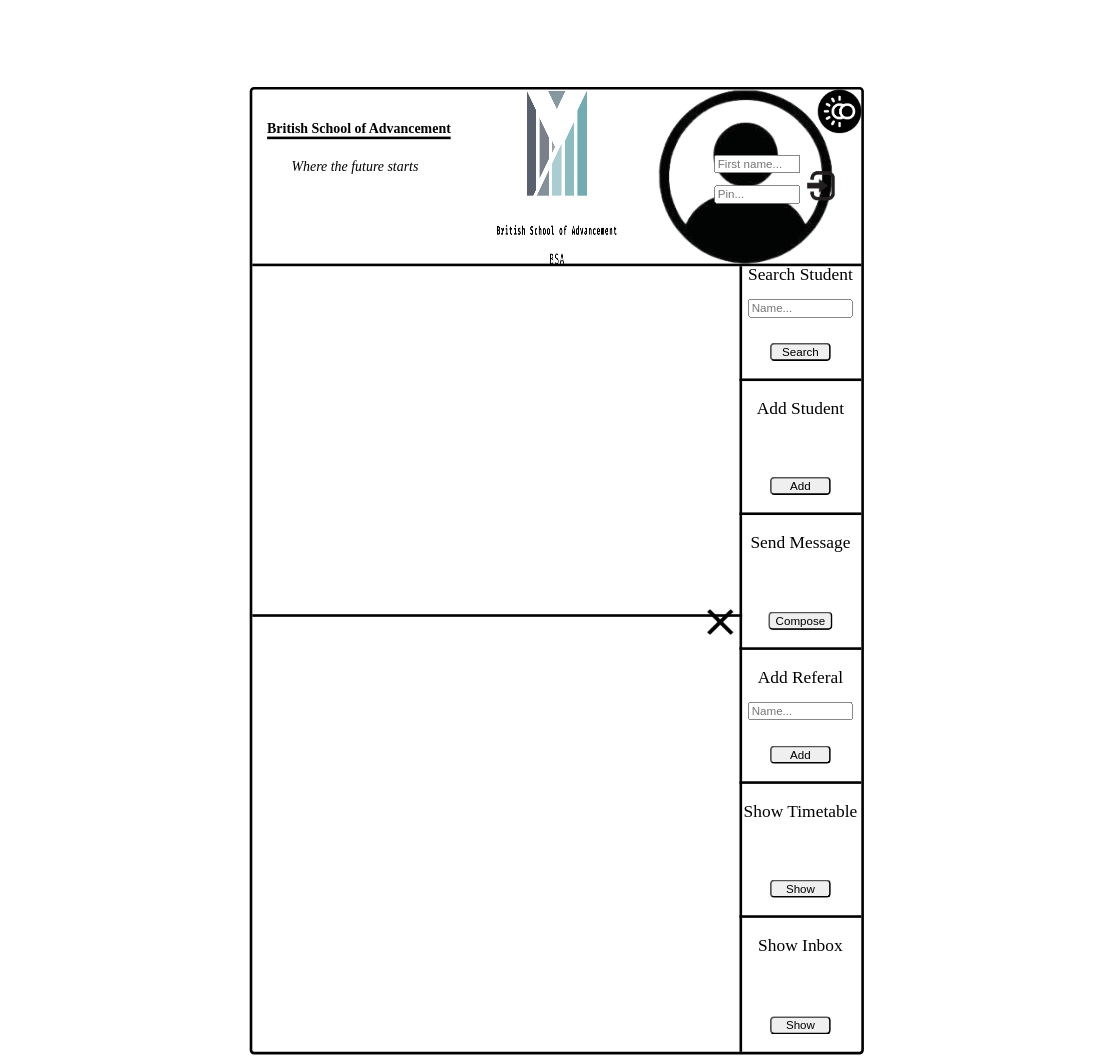
Repository: ghend99/Guardian-Application
Page: index.html
An editor plug-in stored every save of this project. The page is shown before and after the next save, followed by the edit.
The browser window is 1280 px wide. The pictures show the whole page, at 87% of full size.

Above is the page before, as saved 2023-06-05 21:03:52.

### index.html
<!DOCTYPE html>
<html lang="en">
  <head>
    <meta charset="UTF-8" />
    <meta http-equiv="X-UA-Compatible" content="IE=edge" />
    <meta name="viewport" content="width=device-width, initial-scale=1.0" />
    <title>Document</title>
    <link rel="stylesheet" href="style.css" />
  </head>
  <body>
    <div id="main-container">
      <div id="header-container">
        <div id="header-container-left-section">
          <p id="header-school-name" class="page-headers">
            British School of Advancement
          </p>
          <p id="header-school-slogan" class="page-headers">
            Where the future starts
          </p>
        </div>
        <div id="header-container-middle-section">
          <img class="header-middle-section-logo" src="./images/logo.png" />
        </div>
        <div id="header-container-right-section">
          <input
            id="header-login-input-fullname"
            class="login-input-fullname login-input input"
            type="text"
            placeholder="First name..."
          />
          <input
            id="header-login-input-pin"
            class="login-input-pin login-input input"
            placeholder="Pin..."
            type="password"
          />
          <img
            id="header-login-button"
            class="login-button"
            src="./images/login-button.png"
          />
          <img class="header-dark-mode-toggle" src="./images/dark-mode.png" />
          <img class="login-modal-open" src="./images/login.png" />
        </div>
      </div>
      <div id="sidebar-container">
        <div id="sidebar-link-container1" class="sidebar-link-container">
          <p class="sidebar-link-header page-headers">Search Student</p>
          <input class="sidebar-input input" placeholder="Name..." />
          <button class="sidebar-search-button submit-button">Search</button>
        </div>
        <div id="sidebar-link-container2" class="sidebar-link-container">
          <p class="sidebar-link-header page-headers">Add Student</p>
          <button id="add-student" class="sidebar-search-button submit-button">
            Add
          </button>
        </div>
        <div id="sidebar-link-container3" class="sidebar-link-container">
          <p class="sidebar-link-header page-headers">Send Message</p>
          <button
            id="compose-message-open"
            class="sidebar-search-button submit-button"
          >
            Compose
          </button>
        </div>
        <div id="sidebar-link-container4" class="sidebar-link-container">
          <p class="sidebar-link-header page-headers">Add Referal</p>
          <input
            id="add-referal-fullname"
            class="sidebar-input input"
            placeholder="Name..."
          />
          <button id="add-referal" class="sidebar-search-button submit-button">
            Add
          </button>
        </div>
        <div id="sidebar-link-container5" class="sidebar-link-container">
          <p class="sidebar-link-header page-headers">Show Timetable</p>
          <button
            id="timetable-open"
            class="sidebar-search-button submit-button"
          >
            Show
          </button>
        </div>
        <div id="sidebar-link-container6" class="sidebar-link-container">
          <p class="sidebar-link-header page-headers">Show Inbox</p>
          <button id="inbox-open" class="sidebar-search-button submit-button">
            Show
          </button>
        </div>
      </div>
      <img class="sidebar-open" src="./images/menu.png" />

      <div id="student-information-container">
        <h1
          id="student-information-name-header"
          class="student-information page-headers"
        >
          Student Name:
        </h1>
        <h3 class="student-information student-information-general-header">
          General Information
        </h3>
        <p id="student-information-first-name" class="student-information">
          First Name:
        </p>
        <p id="student-information-last-name" class="student-information">
          Last Name:
        </p>
        <p id="student-information-year" class="student-information">
          Year Group:
        </p>
        <p id="student-information-referals" class="student-information">
          Referals:
        </p>
        <p id="password-reset" class="student-information">Reset Password</p>
      </div>

      <div id="student-management-container">
        <p class="student-management-heading"></p>
        <img id="student-management-close" src="./images/close.png" />
        <div id="timetable-container"></div>
        <div id="inbox-container">
          <div id="inbox-header">
            <p>Date</p>
            <p>Sender</p>
            <p>Reciever</p>
            <p>Subject</p>
            <p>Message</p>
          </div>
          <div id="inbox-line">
            <p></p>
            <p></p>
            <p></p>
            <p></p>
            <p></p>
          </div>
        </div>
      </div>
    </div>

    <div id="login-modal-container">
      <h1 class="login-modal-header modal-header page-headers">Login</h1>
      <img
        id="login-modal-close"
        class="modal-close"
        src="./images/close.png"
      />
      <input
        id="login-modal-fullname"
        class="login-input-fullname login-modal-input input"
        type="text"
        placeholder="Full name..."
      />
      <input
        id="login-modal-pin"
        class="login-input-pin login-modal-input input"
        type="number"
        placeholder="Pin..."
      />
      <input id="login-modal-submit" class="submit-button" type="submit" />
    </div>

    <div id="create-account-container">
      <p id="create-account-header" class="modal-header page-headers">
        Add Student Details
      </p>
      <img
        id="create-account-close"
        class="modal-close"
        src="./images/close.png"
      />
      <input
        id="create-account-first-name"
        class="create-account-input input"
        placeholder="First name..."
      />
      <input
        id="create-account-last-name"
        class="create-account-input input"
        placeholder="Last name..."
      />
      <input
        id="create-account-year"
        class="create-account-input input"
        placeholder="Year..."
      />
      <input
        id="create-account-pin"
        class="create-account-input input"
        placeholder="Year..."
      />

      <input
        id="create-account-repin"
        class="create-account-input input"
        placeholder="Year..."
      />
      <input id="create-account-submit" class="submit-button" type="submit" />
    </div>

    <div id="compose-message-container" class="">
      <p id="compose-message-header" class="modal-header">Compose Message</p>
      <img
        id="compose-message-close"
        class="modal-close"
        src="./images/close.png"
      />
      <input
        id="compose-message-reciever"
        class="compose-message-input input"
        type="text"
        placeholder="Reciever..."
      />
      <input
        id="compose-message-title"
        class="compose-message-input input"
        type="text"
        placeholder="Subject..."
      />
      <textarea
        id="compose-message-text-area"
        placeholder="Message..."
      ></textarea>
      <input id="compose-message-submit" class="submit-button" type="submit" />
    </div>

    <div id="password-reset-container">
      <p id="password-reset-header" class="modal-header page-headers">
        Pin Reset
      </p>
      <img
        id="password-reset-close"
        class="modal-close"
        src="./images/close.png"
      />
      <input
        id="password-reset-old"
        class="password-reset-input input"
        type="number"
        placeholder="Old Pin..."
      />
      <input
        id="password-reset-new"
        class="password-reset-input input"
        type="number"
        placeholder="New Pin..."
      />
      <input
        id="password-reset-new-retype"
        class="password-reset-input input"
        type="number"
        placeholder="New Pin..."
      />
      <input id="password-reset-submit" class="submit-button" type="submit" />
    </div>
    <script src="main.js"></script>
  </body>
</html>

### style.css
#main-container {
  position: relative;
  left: 50%;
  transform: translate(-50%);
  max-width: 50%;
  min-width: 700px;
  max-height: 1200px;
  min-height: 1000px;
  margin-top: 100px;
  border: solid;
  border-radius: 5px;
}

#header-container {
  display: grid;
  grid-template-columns: 1fr 1fr 1fr;
  grid-template-rows: 1fr;
  max-height: 200px;
  min-height: 150px;
  width: 100%;
  border-bottom: solid;
}

#header-school-name {
  position: absolute;
  top: 20px;
  left: 17px;
  font-size: clamp(1rem, 1vw, 2rem);
  font-weight: bold;
  border-bottom: solid;
}

#header-school-slogan {
  position: absolute;
  top: clamp(5%, 70px, 80px);
  left: clamp(45px, 5%, 70px);
  font-size: clamp(0.9rem, 1.5vw, 1rem);
  margin-top: 10px;
  font-style: italic;
}

#header-container-middle-section {
  display: flex;
  justify-content: center;
}

.header-middle-section-logo {
  width: 60%;
}

#header-login-input-fullname {
  position: absolute;
  top: 75px;
  width: 13%;
  right: 10%;
}

#header-login-input-pin {
  position: absolute;
  top: 110px;
  width: 13%;
  right: 10%;
}

#header-login-button {
  position: absolute;
  width: 50px;
  right: 3%;
  top: 85px;
}

.header-dark-mode-toggle {
  position: absolute;
  width: 50px;
  top: 0;
  right: 0;
  cursor: pointer;
}

#sidebar-container {
  position: absolute;
  display: grid;
  grid-template-columns: 1fr;
  grid-template-rows: 1fr 1fr 1fr 1fr 1fr 1fr;
  right: 0;
  bottom: 0;
  max-width: 30%;
  min-width: 20%;
  max-height: 1000px;
  min-height: 925px;
}

#sidebar-link-container1 {
  justify-content: center;
}

#sidebar-link-container6 {
  border-bottom: none;
}

.sidebar-link-container {
  position: relative;
  display: flex;
  justify-content: center;
  border-bottom: solid;
}

.sidebar-link-header {
  position: absolute;
  font-size: 20px;
}

.sidebar-input {
  position: absolute;
  margin-top: 60px;
  width: 80%;
}

.sidebar-search-button {
  position: absolute;
  max-width: 75%;
  min-width: 70px;
  bottom: 20px;
  border-radius: 5px;
}

.sidebar-open {
  position: absolute;
  width: 50px;
  right: 0;
  top: 155px;
  display: none;
}

#student-information-container {
  max-height: 800px;
  min-height: 400px;
  max-width: 80%;
  min-width: 50%;
  border-bottom: solid;
  border-right: solid;
}

#student-information-name-header {
  font-size: 30px;
  font-weight: bold;
  border-bottom: solid;
  width: fit-content;
  margin-left: 30px;
  margin-top: 0;
}

.student-information {
  margin-left: 40px;
  display: none;
}

.student-information-general-header {
  font-size: 24px;
  font-weight: bold;
  padding-left: 40px;
}

#password-reset {
  border-bottom: solid;
  font-weight: bold;
  width: fit-content;
  cursor: pointer;
}

#student-management-container {
  max-width: 80%;
  min-width: 50%;
  max-height: 600px;
  min-height: 500px;
  border-right: solid;
}

.student-management-heading {
  display: inline-block;
  font-size: 30px;
  margin: 0;
  margin-left: 20px;
  width: fit-content;
}

#student-management-close {
  position: absolute;
  bottom: 43.3%;
  right: 21%;
  width: 30px;
  cursor: pointer;
}

#timetable-container {
  position: relative;
  display: grid;
  grid-gap: 1em;
  grid-template-rows: repeat(var(--grid-rows), 1fr);
  grid-template-columns: repeat(var(--grid-cols), 1fr);
  /* top: 50px; */
  overflow: scroll;
  max-height: 90%;
  min-height: 466px;
  max-width: 99.6%;
  min-width: 250px;
  display: none;
}

#inbox-container {
  max-height: 90%;
  min-height: 466px;
  max-width: 99.6%;
  min-width: 250px;
  display: none;
}

#inbox-header {
  position: relative;
  display: grid;
  grid-template-columns: 1fr 1fr 1fr 1fr 1fr;
  grid-template-rows: 1fr;
  width: 100%;
  height: 50px;
  /* background-color: aqua; */
  overflow-y: auto;
  font-family: "Roboto", Arial;
}

#inbox-line {
  position: relative;
  display: grid;
  grid-template-columns: 1fr 1fr 1fr 1fr 1fr;
  grid-template-rows: 1fr;
  row-gap: 20px;
  width: 100%;
  height: 50px;
  /* background-color: darkorange; */
  overflow-y: auto;
  font-family: "EB Garamond", Arial;
}

#login-modal-container,
#create-account-container,
#compose-message-container,
#password-reset-container {
  position: absolute;
  left: 50%;
  top: 30%;
  transform: translate(-50%);
  text-align: center;
  border: solid;
  border-radius: 5px;
  display: none;
}

#login-modal-container {
  max-width: 40%;
  min-width: 300px;
  max-height: 400px;
  min-height: 300px;
  text-align: center;
  border: solid;
  border-radius: 5px;
  display: none;
  background-color: whitesmoke;
  cursor: pointer;
}

#login-modal-fullname {
  position: absolute;
  top: 120px;
  left: 50px;
}

#login-modal-pin {
  position: absolute;
  top: 170px;
  left: 50px;
}

#login-modal-submit {
  left: 15%;
}

#login-modal-submit,
#create-account-submit,
#compose-message-submit,
#password-reset-submit {
  position: absolute;
  bottom: 20px;
  max-height: 60px;
  min-height: 30px;
  max-width: 20%;
  min-width: 200px;
}

#create-account-container {
  max-width: 60%;
  min-width: 400px;
  max-height: 600px;
  min-height: 500px;
}

.create-account-input,
.compose-message-input,
.password-reset-input {
  position: absolute;
  left: 30px;
}

#create-account-first-name {
  top: 80px;
}

#create-account-last-name {
  top: 150px;
}

#create-account-year {
  top: 220px;
}

#create-account-pin {
  top: 290px;
}

#create-account-submit {
  left: 25%;
}

#create-account-repin {
  position: absolute;
  top: 360px;
  left: 30px;
}

#compose-message-container {
  max-width: 60%;
  min-width: 400px;
  max-height: 600px;
  min-height: 500px;
}

.modal-close {
  position: absolute;
  width: 30px;
  right: 0;
  top: 0;
  cursor: pointer;
}

#compose-message-reciever {
  top: 80px;
}

#compose-message-title {
  top: 150px;
}

#compose-message-text-area {
  position: absolute;
  top: 38%;
  left: 30px;
  max-height: 80%;
  min-height: 230px;
  max-width: 100%;
  min-width: 280px;
}

#compose-message-submit {
  left: 25%;
}

#password-reset-container {
  max-width: 40%;
  min-width: 300px;
  max-height: 400px;
  min-height: 300px;
}

#password-reset-new {
  top: 120px;
}

#password-reset-new-retype {
  top: 165px;
}

#password-reset-submit {
  left: 17%;
}

@media screen and (min-width: 0) and (max-width: 720px) {
  #main-container {
    max-width: 600px;
    min-width: 300px;
  }

  #header-container {
    grid-template-columns: 1fr 1fr;
  }

  .header-middle-section-logo {
    display: none;
  }

  #header-login-input-fullname {
    display: none;
  }

  #header-login-input-pin {
    display: none;
  }

  .header-login-button {
    display: none;
  }

  .login-modal-open {
    position: absolute;
    display: block;
    right: 0;
    top: 100px;
    width: 50px;
  }

  #sidebar-container {
    display: none;
  }

  .sidebar-link-header {
    font-size: 12px;
  }

  .sidebar-open {
    display: block;
  }

  .student-information-name-header {
    margin-left: 15px;
  }

  .student-information-general-header {
    margin-left: 25px;
    padding: 0;
  }

  .student-information {
    margin-left: 28px;
  }
}

Loaded but not shown: main.js (no stored copy; drawn as an empty file)

After the next save:
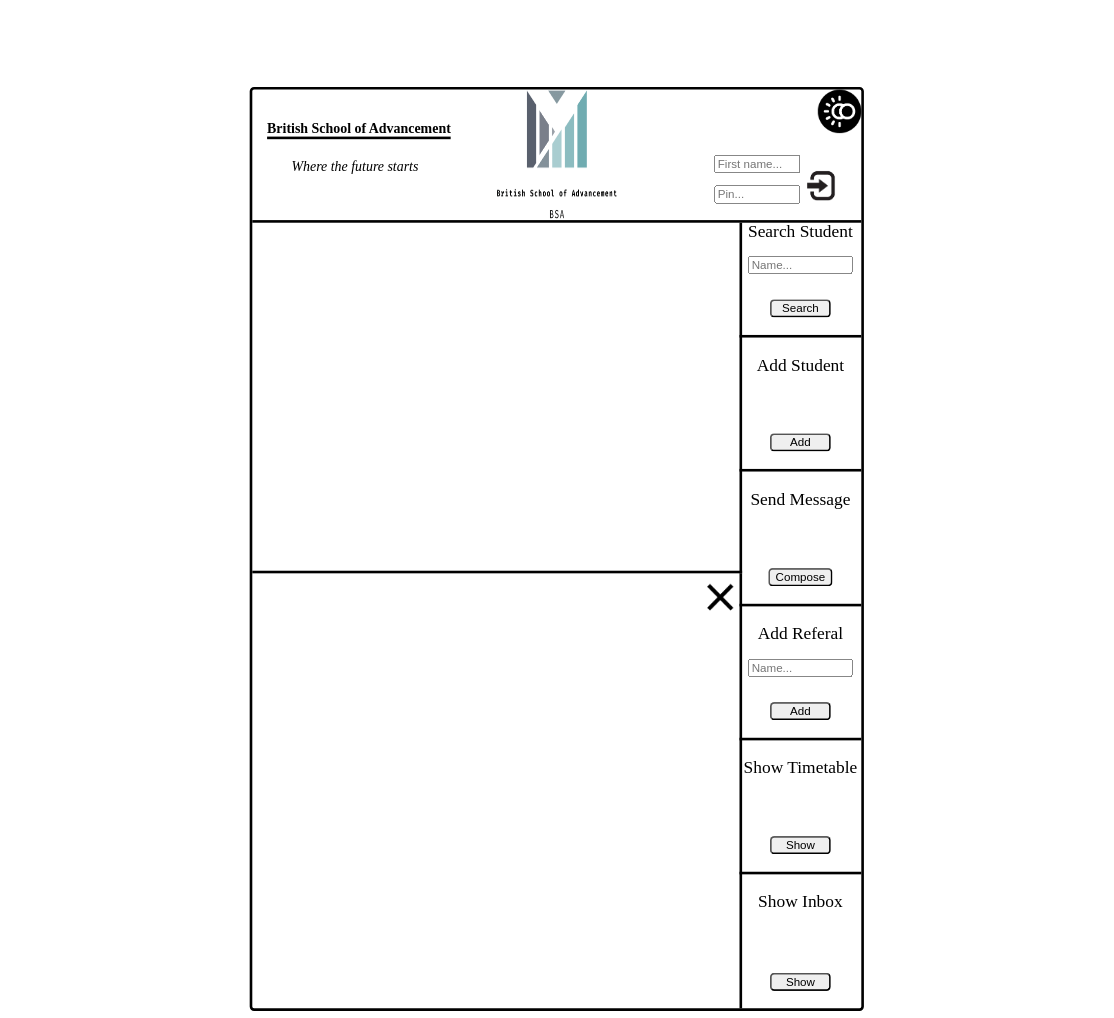
Saved 2 min 19 s later.
--- a/style.css
+++ b/style.css
@@ -75,6 +75,10 @@
   top: 0;
   right: 0;
   cursor: pointer;
+}
+
+.login-modal-open {
+  display: none;
 }
 
 #sidebar-container {
